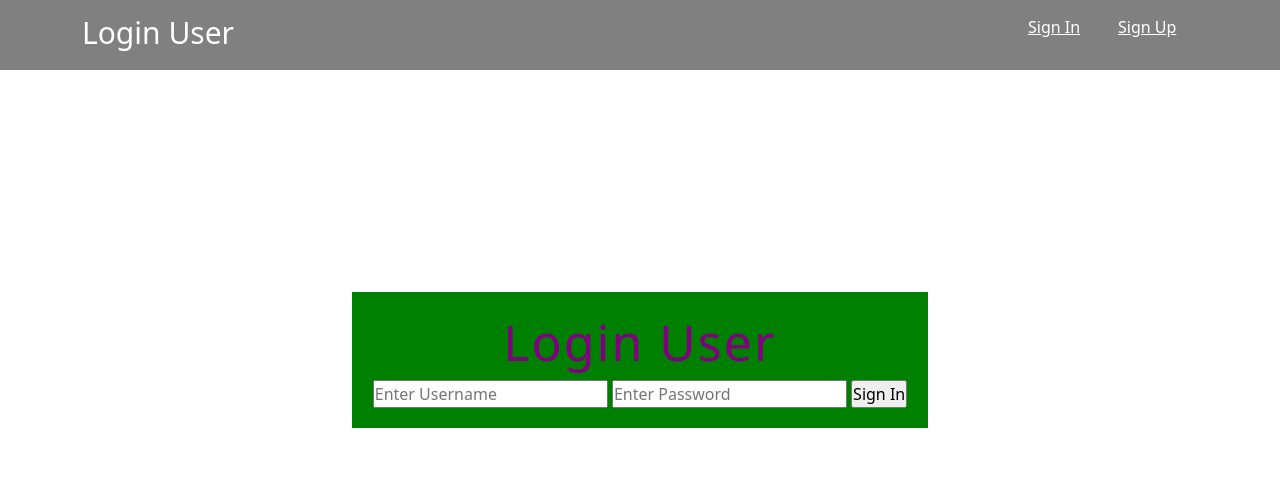
Repository: Ahmed123rezk123/App_Js
Page: login.html
The author's editor kept a copy of each file at every save. The page is drawn from the files as they stood at one save, then again after the next save.
The browser window is 1280 px wide. The pictures show the whole page.

Above is the page before, as saved 2024-03-22 23:20:27.

After the next save:
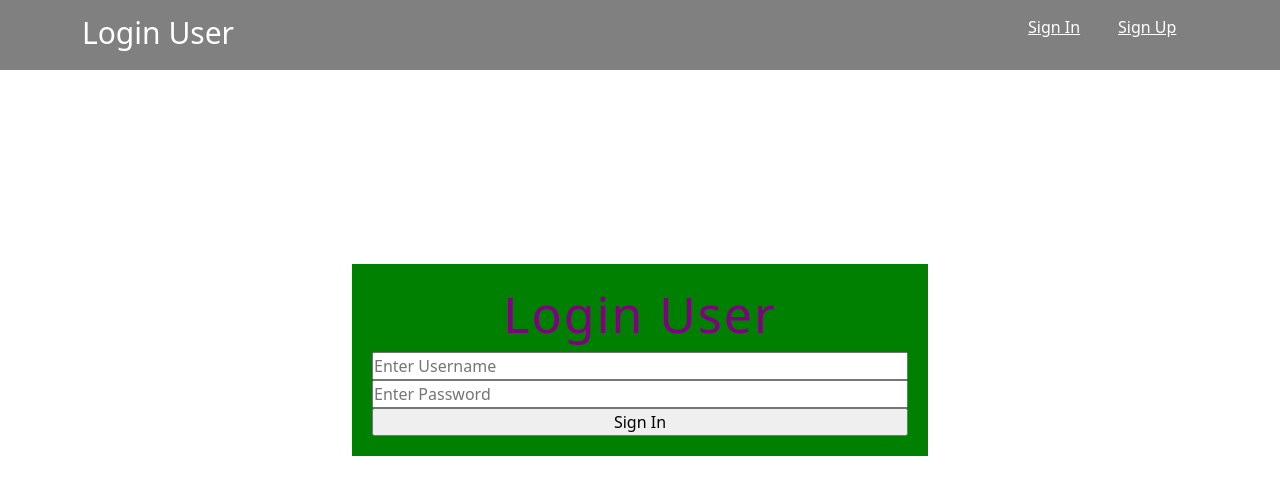
Saved 20 s later.
--- a/css/style.css
+++ b/css/style.css
@@ -56,5 +56,6 @@ nav  li a {
     color: purple;
 }
 .section-form form input {
-
+display: block;
+width: 100%;
 }
